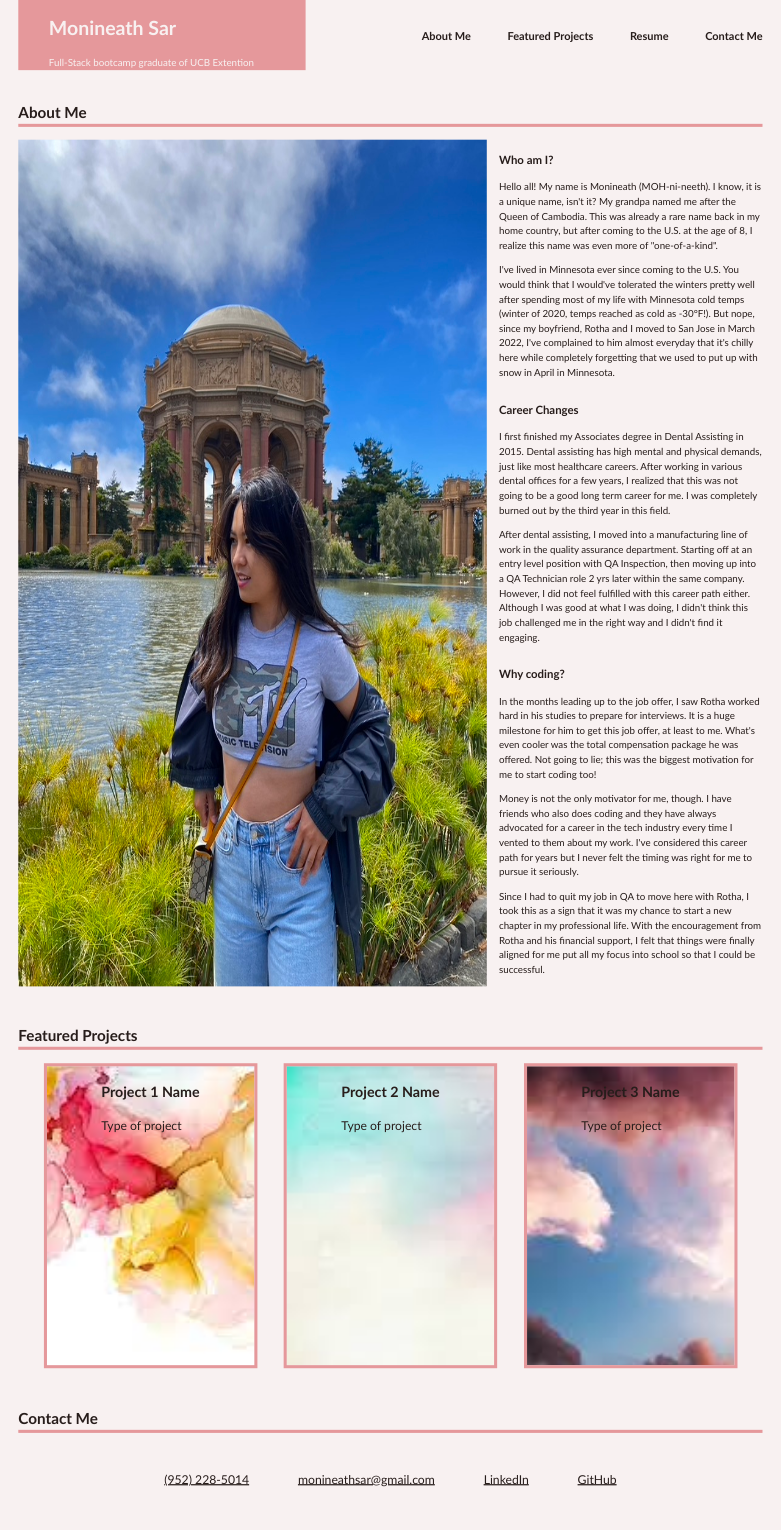
Repository: monineathsar/Challenge-2
Page: index.html
These files come from the project's save history. The page is drawn as it stood at one moment and after the next save; the edit follows.
The browser window is 1280 px wide. The pictures show the whole page, at 61% of full size.

Above is the page before, as saved 2022-08-13 12:06:18.

### index.html
<!DOCTYPE html>
<html lang="en">
<head>
    <meta charset="UTF-8">
    <meta http-equiv="X-UA-Compatible" content="IE=edge">
    <meta name="viewport" content="width=device-width, initial-scale=1.0">
    <title>Sar, M. / Full-Stack Developer</title>
    <link rel="stylesheet" href="./assets/css/style-chal2.css">
</head>
<body>
    <!--main page header and nav bar-->
    <header>
        <div>
            <h1>Monineath Sar</h1>
            <span>Full-Stack bootcamp graduate of UCB Extention</span>
        </div>
        <nav>
            <a href="#about"><b>About Me</b></a>
            <a href="#projects"><b>Featured Projects</b></a>
            <a href=""><b>Resume</b></a>
            <a href="#contact"><b>Contact Me</b></a>
        </nav>
    </header>
    <main>
        <!--"About me" container-->
        <section id="about" class="page-section">
            <h2>About Me</h2>
            <!--tab links-->
            <div class="aboutMeDiv">
                <img src="./assets/images/profilePic.JPG" alt="Monineath Sar" >
                <!--"Who am I" paragraph-->
                <div class="aboutMeSection">
                    <section id="who">
                        <h3>Who am I?</h3>
                        <p>
                            Hello all! My name is Monineath (MOH-ni-neeth). I know, it is a
                            unique name, isn't it? My grandpa named me after the Queen of Cambodia.
                            This was already a rare name back in my home country, but after coming
                            to the U.S. at the age of 8, I realize this name was even more of "one-of-a-kind".
                        </p>
                        <p>
                            I've lived in Minnesota ever since coming to the U.S.
                            You would think that I would've tolerated the winters pretty well after
                            spending most of my life with Minnesota cold temps (winter of 2020, temps
                            reached as cold as -30°F!). But nope, since my boyfriend, Rotha and I moved to San Jose in March 2022, I've complained to him almost everyday that it's chilly here while completely
                            forgetting that we used to put up with snow in April in Minnesota.
                        </p>
                    </section>
                    <!--"work history" paragraph-->
                    <section id="work">
                        <h3>Career Changes</h3>
                        <p>
                            I first finished my Associates degree in Dental Assisting in 2015. Dental assisting has high mental and physical demands, just like most healthcare careers. After working in various dental offices for a few years, I realized that this was not going to be a good long term career for me. I was completely burned out by the third year in this field.
                        <p>
                            After dental assisting, I moved into a manufacturing line of work in the quality
                            assurance department. Starting off at an entry level position with QA Inspection, then moving up into a QA Technician role 2 yrs later within the same company. However, I did not feel fulfilled with this career path either. Although I was good at what I was doing, I didn't think this job challenged me in the right way and I didn't find it engaging.
                        </p>
                    </section>
                    <!--"why coding" paragraph-->
                    <section id="why">
                        <h3>Why coding?</h3>
                        <p>
                            In the months leading up to the job offer, I saw Rotha worked hard in his studies to prepare for interviews. It is a huge milestone for him to get this job offer, at least
                            to me. What's even cooler was the total compensation package he was offered.
                            Not going to lie; this was the biggest motivation for me to start coding too!
                        </p>
                        <p>
                            Money is not the only motivator for me, though. I have friends
                            who also does coding and they have always advocated for a career in the tech
                            industry every time I vented to them about my work. I've considered this
                            career path for years but I never felt the timing was right for me to pursue it seriously.
                        </p>
                        <p>
                            Since I had to quit my job in QA to move here with Rotha, I took this as a sign that it was my chance to start a new chapter in my professional life. With the encouragement from Rotha and his financial support, I felt that things were finally aligned for me put all my focus into school so that I could be successful.
                        </p>
                    </section>
                </div>
            </div>
        </section>
        <!--Featured Projects Container-->
        <section id="projects" class="page-section">
            <h2>Featured Projects</h2>
            <div class="projectContainer">
                <a href="https://monineathsar.github.io/Challenge-1/" class="projectsBoxes project-1">
                    <div>
                        <h3>Project 1 Name</h3>
                        <span>Type of project</span>
                    </div>
                </a>
                <a href="https://monineathsar.github.io/Challenge-2/" class="projectsBoxes project-2">
                    <div>
                        <h3>Project 2 Name</h3>
                        <span>Type of project</span>
                    </div>
                </a>
                <a href="" class="projectsBoxes project-3">
                    <div>
                        <h3>Project 3 Name</h3>
                        <span>Type of project</span>
                    </div>
                </a>
            </div>
        </section>
        <section id="contact" class="page-section">
            <h2>Contact Me</h2>
            <div class="contactMe">
                <a href="tel:+9522285014">(952) 228-5014</a>
                <a href="mailto:monineathsar@gmail.com" >monineathsar@gmail.com</a>
                <a href="https://www.linkedin.com/in/monineath-sar-978657236/">LinkedIn</a>
                <a href="https://github.com/monineathsar">GitHub</a>
            </div>
        </section>
    </main>

</body>
</html>

### assets/css/style-chal2.css
* {
    box-sizing: border-box;
}
body {
    margin: 0;
    padding: 0;
    font-family: 'Trebuchet MS', 'Lucida Sans Unicode', 'Lucida Grande', 'Lucida Sans', Arial, sans-serif;
    color: #271D1B;
    background-color: #F8F1F1;
    line-height: 1.5;
}
/*Header Flex container*/
header {
    padding: 0px 15px 0px 30px;
    display: flex;
    flex-direction: row;
    justify-content: space-between;
    flex-wrap: wrap;
    align-items: flex-start;
}

/*My name and span message flexbox*/
header div {
    display: flex;
    justify-content: end;
    flex-direction: column;
    flex-wrap: wrap;
    align-items: flex-start;
    color: #F8F1F1;
    padding: 0px 85px 0px 50px;
    margin: 0px;
    background-color: #E5989B;
}

/*Header Nav Flexbox*/
header nav {
    display: flex;
    flex-direction: row;
    flex-wrap: wrap;
    font-size: large;
    margin-top: 30px;
    padding: 0px;
}

/*Header Nav Bar text style*/
nav a {
    margin-left: 30px;
    padding: 15px;
    text-decoration: none;
    color: #271D1B;
}

main {
    margin-top: 10px;
    margin-bottom: 20px;
}

.page-section {
    display: flex;
    flex-direction: column;
    flex-wrap: wrap;
    margin: 20px;
    padding: 10px;
}

h2 {
    border-bottom: 5px solid #E5989B;
    font-size: 25px;
}

/*AboutMe-section container */
.aboutMeDiv {
    display: flex;
    justify-content: flex-start;
    flex-direction: row;
    flex-wrap: nowrap;
}

/*AboutMe flexbox*/
.aboutMeSection {
    display: flex;
    justify-content: flex-start;
    flex-direction: column;
    flex-wrap: wrap;
    align-items: flex-start;
    margin-left: 20px;
}

/*Project-setion container*/
.projectContainer {
    display: flex;
    flex-wrap: wrap;
    flex-direction: row;
    justify-content: space-evenly;
}

/*Each project flexboxes*/
.projectsBoxes {
    display: flex;
    align-items: flex-start;
    justify-content: center;
    padding: 0 0 20px 0;
    margin: 2px;
    text-decoration: none;
    border: 5px solid #E5989B;
    color: #271D1B;
    height: 500px;
    width: 350px;
    background-size: 250%;
}

/*background pics of project flexboxes*/
.project-1 {
    background-image: url(/Users/monineathsar/Desktop/Bootcamp/homework/Challenge-2/assets/images/image1.jpeg);
}

.project-2 {
    background-image: url(/Users/monineathsar/Desktop/Bootcamp/homework/Challenge-2/assets/images/images2.jpeg);
}

.project-3 {
    background-image: url(/Users/monineathsar/Desktop/Bootcamp/homework/Challenge-2/assets/images/images3.jpeg);
}
/*Contact me container*/
.contactMe {
    display: flex;
    justify-content: center;
    flex-direction: row;
    align-items: center;
    flex-wrap: wrap;
}
/*contact me nav bar flexbox*/
div a {
    display: flex;
    justify-content: space-between;
    flex-wrap: nowrap;
    align-items: center;
    margin: 20px;
    padding: 20px;
    color: #271D1B;
    font-size: 20px;
}

After the next save:
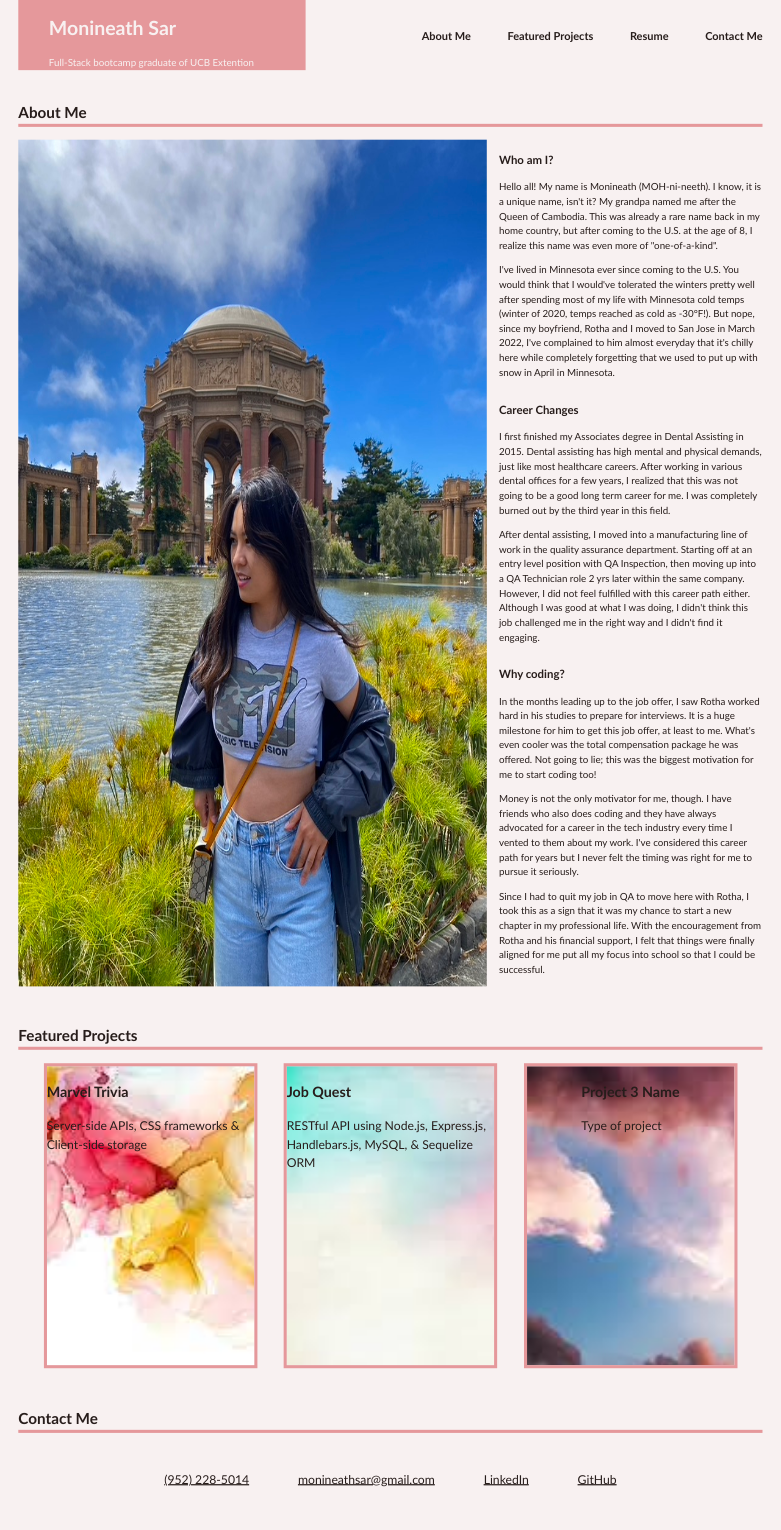
Saved 9 min 29 s later.
--- a/index.html
+++ b/index.html
@@ -81,16 +81,16 @@
         <section id="projects" class="page-section">
             <h2>Featured Projects</h2>
             <div class="projectContainer">
-                <a href="https://monineathsar.github.io/Challenge-1/" class="projectsBoxes project-1">
+                <a href="https://monineathsar.github.io/Marvel_Trivia1.0/" class="projectsBoxes project-1">
                     <div>
-                        <h3>Project 1 Name</h3>
-                        <span>Type of project</span>
+                        <h3>Marvel Trivia</h3>
+                        <span>Server-side APIs, CSS frameworks & Client-side storage</span>
                     </div>
                 </a>
-                <a href="https://monineathsar.github.io/Challenge-2/" class="projectsBoxes project-2">
+                <a href="https://jobquest.herokuapp.com/" class="projectsBoxes project-2">
                     <div>
-                        <h3>Project 2 Name</h3>
-                        <span>Type of project</span>
+                        <h3>Job Quest</h3>
+                        <span>RESTful API using Node.js, Express.js, Handlebars.js, MySQL, & Sequelize ORM </span>
                     </div>
                 </a>
                 <a href="" class="projectsBoxes project-3">
